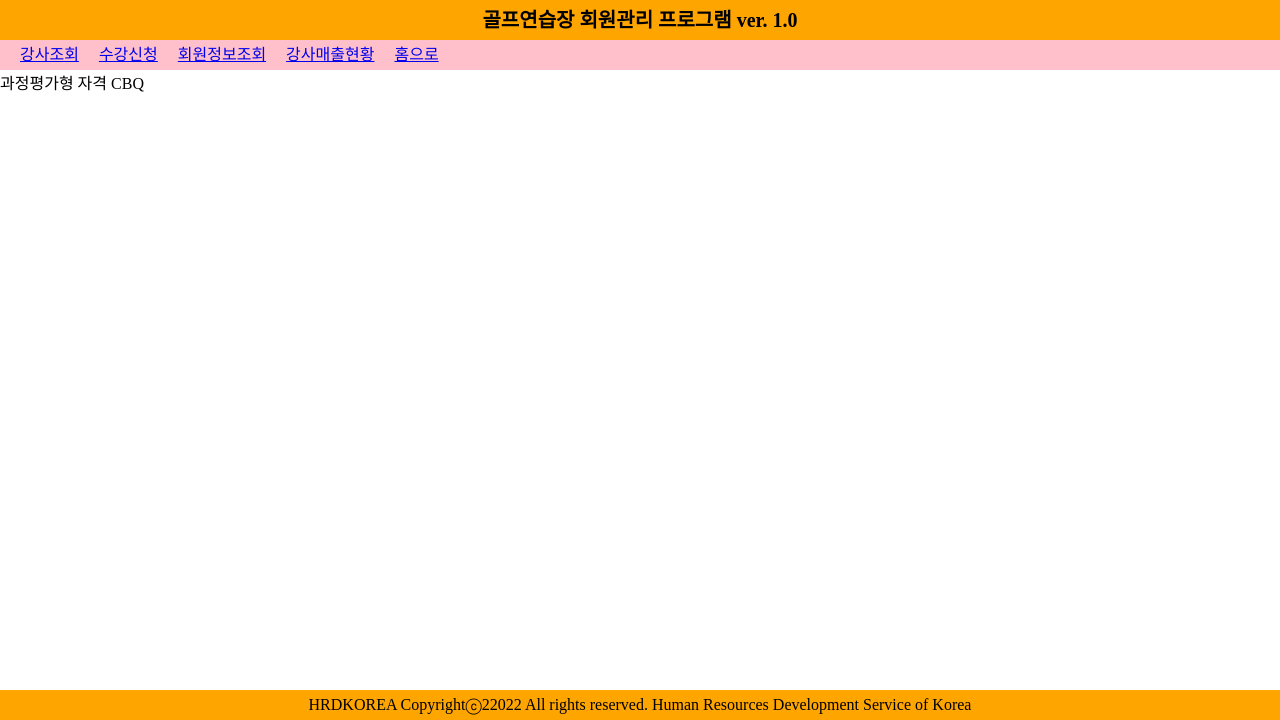
Repository: leesuyeon116/HRD_3
Page: http://localhost/HRD_0505/
An editor plug-in stored every save of this project. The page is shown before and after the next save, followed by the edit.
The browser window is 1280 px wide. The pictures show the whole page.
The page is served by Tomcat 9.

Above is the page before, as saved 2024-05-05 08:28:52.

### workspace/HRD_0505/src/main/webapp/index.jsp
<%@ page language="java" contentType="text/html; charset=UTF-8"
    pageEncoding="UTF-8"%>
<!DOCTYPE html>
<html>
<head>
<meta charset="UTF-8">
<title>index</title>
</head>
<body>
<jsp:include page="header.jsp"></jsp:include>
<section style="position: fixed; top: 70px; left: 0px;  ">
과정평가형 자격 CBQ
</section>

<jsp:include page="footer.jsp"></jsp:include>
</body>
</html>

### workspace/HRD_0505/src/main/webapp/header.jsp
<%@ page language="java" contentType="text/html; charset=UTF-8"
    pageEncoding="UTF-8"%>
<!DOCTYPE html>
<html>
<head>
<meta charset="UTF-8">
<title>header</title>
</head>
<body>
<header style="position: fixed; top: 0px; left: 0px; width: 100%; height: 40px; line-height: 40px; background-color: orange;
	text-align: center; font-size: 20px">
<b>골프연습장 회원관리 프로그램 ver. 1.0</b>
</header>

<nav style="position: fixed; top: 40px; left: 0px; width: 100%; height: 30px; line-height: 30px; background-color: pink;
	padding-left: 20px">
	<a href=".jsp">강사조회</a> &nbsp; &nbsp;
	<a href=".jsp">수강신청</a> &nbsp; &nbsp;
	<a href="m_list.jsp">회원정보조회</a> &nbsp; &nbsp;
	<a href=".jsp">강사매출현황</a> &nbsp; &nbsp;
	<a href="index.jsp">홈으로</a> &nbsp; &nbsp;
</nav>
</body>
</html>

### workspace/HRD_0505/src/main/webapp/footer.jsp
<%@ page language="java" contentType="text/html; charset=UTF-8"
    pageEncoding="UTF-8"%>
<!DOCTYPE html>
<html>
<head>
<meta charset="UTF-8">
<title>footer</title>
</head>
<body>
<footer style="position: fixed; bottom: 0px; left: 0px; width: 100%; height: 30px; line-height: 30px; background-color: orange;
	text-align: center">
	HRDKOREA Copyrightⓒ22022 All rights reserved. Human Resources Development Service of Korea
</footer>
</body>
</html>

After the next save:
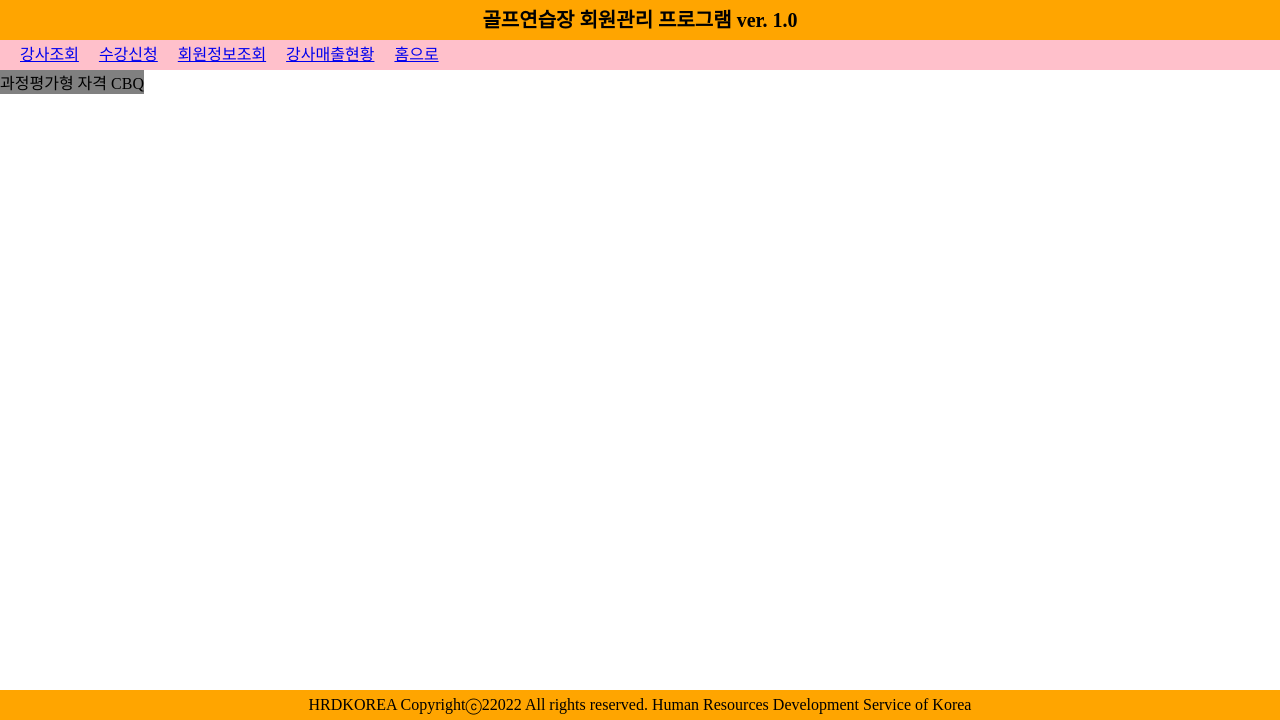
Saved 8 s later.
--- a/workspace/HRD_0505/src/main/webapp/index.jsp
+++ b/workspace/HRD_0505/src/main/webapp/index.jsp
@@ -8,7 +8,7 @@
 </head>
 <body>
 <jsp:include page="header.jsp"></jsp:include>
-<section style="position: fixed; top: 70px; left: 0px;  ">
+<section style="position: fixed; top: 70px; left: 0px; background-color: gray ">
 과정평가형 자격 CBQ
 </section>
 
